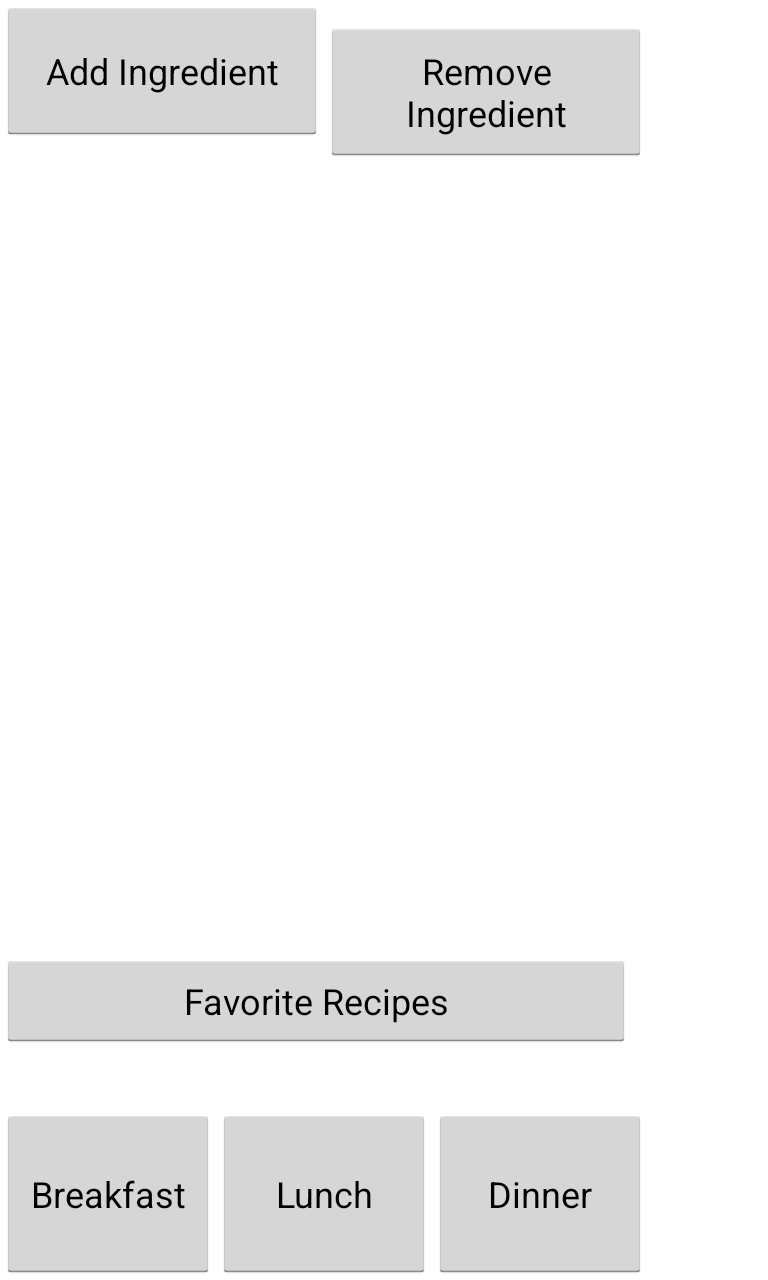
Repository: jmwood22/Boyardroid
Layout: Boyardroid/res/layout/activity_fridge.xml
These files come from the project's save history. The layout is drawn as it stood at one moment and after the next save; the edit follows.
It is drawn on a 768 x 1280 px phone screen (xhdpi) without system bars, with theme AppTheme; the app's code is not run.

Above is the layout before, as saved 2013-02-20 10:32:30.

After the next save:
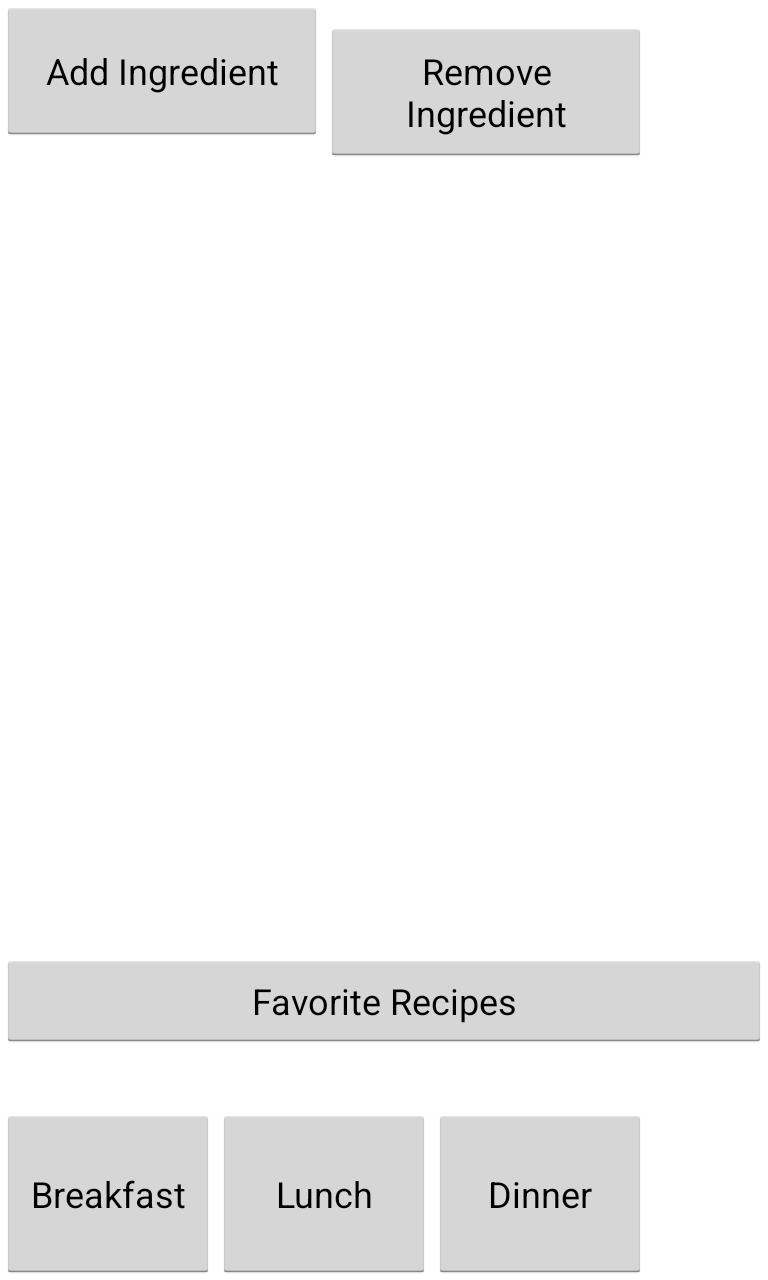
Saved 12 s later.
--- a/Boyardroid/res/layout/activity_fridge.xml
+++ b/Boyardroid/res/layout/activity_fridge.xml
@@ -30,7 +30,7 @@
 
     <Button
         android:id="@+id/button4"
-        android:layout_width="316dp"
+        android:layout_width="fill_parent"
         android:layout_height="wrap_content"
         android:onClick="favRecipe"
         android:text="@string/favoriteRecipe_button" />
